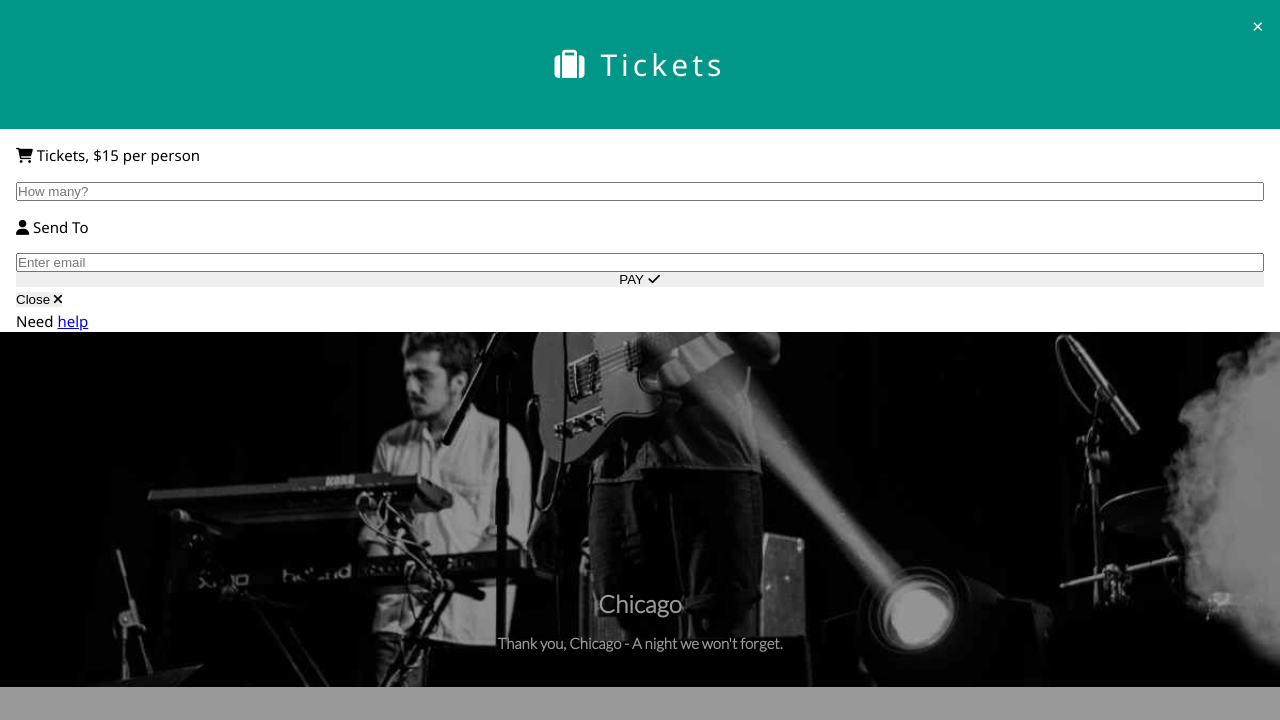
Repository: vanmanhAI/project-03-w3
Page: index.html
An editor plug-in stored every save of this project. The page is shown before and after the next save, followed by the edit.
The browser window is 1280 px wide. The pictures show the window.
A layer covers the whole window, so only the first screen is drawn. Some web libraries are served in a nearby version.

Above is the page before, as saved 2022-07-11 16:35:19.

After the next save:
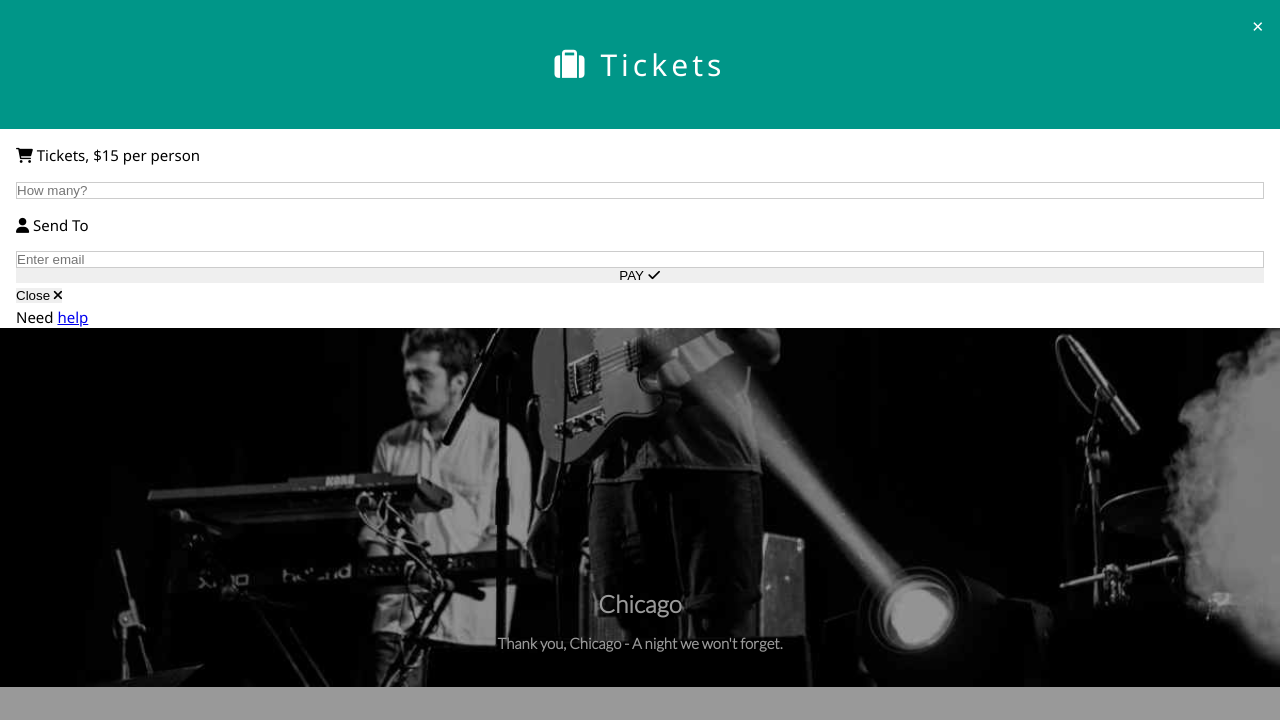
Saved 4 s later.
--- a/assets/css/style.css
+++ b/assets/css/style.css
@@ -316,7 +316,7 @@ html {
 .modal .modal-body .modal-input {
     display: block;
     width: 100%;
-    border: 1px s
+    border: 1px solid #ccc;
 }
 .modal-user {
 
